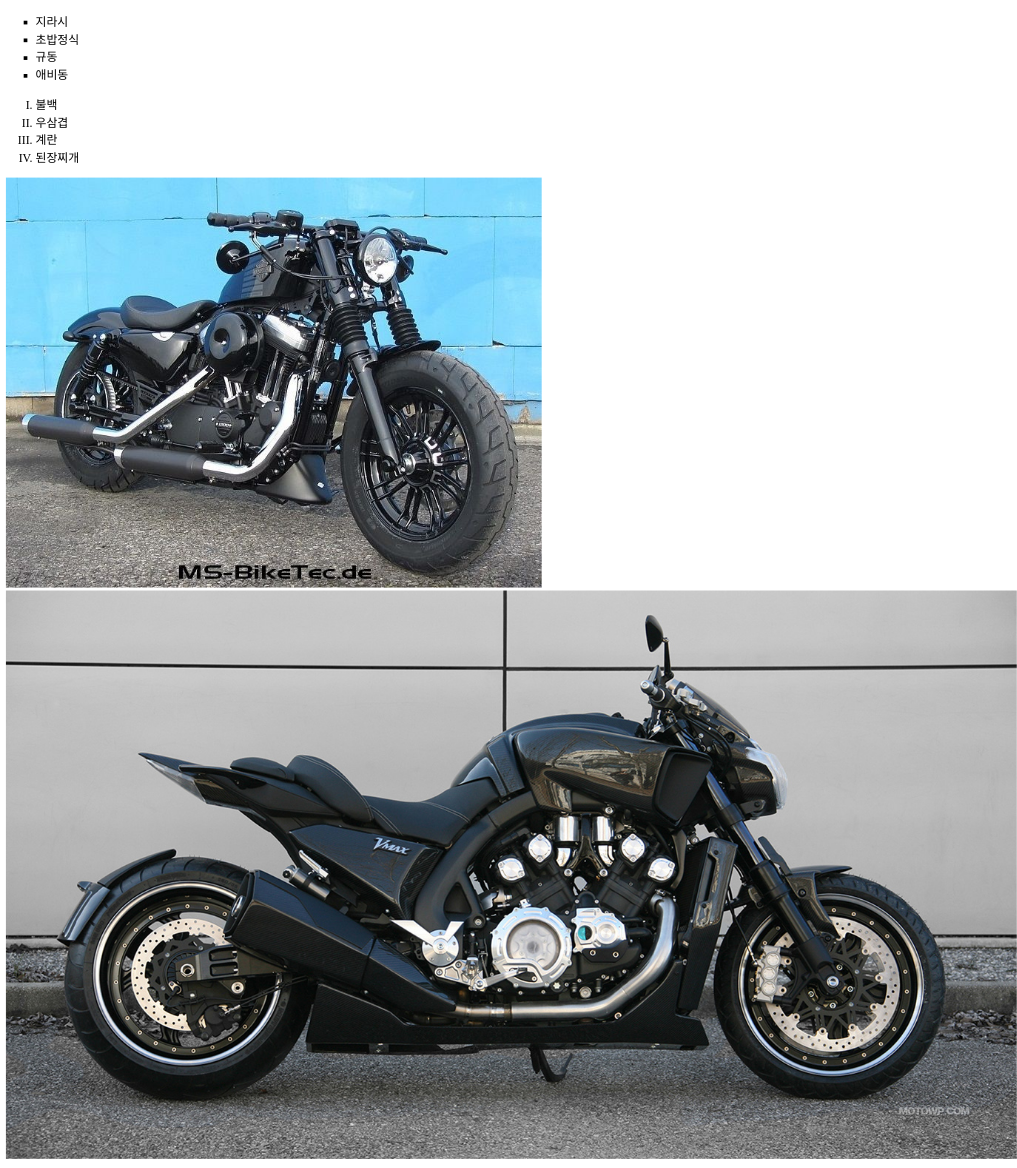
Repository: shouvoo/bitAcademy
Page: work/jsp/htmlProj/WebContent/basic/list.html
These files come from the project's save history. The page is drawn as it stood at one moment and after the next save; the edit follows.
The browser window is 1280 px wide. The page is 1374 px wide, then 1280 px, so the pictures cover 1374 px, including what lies to the right of the window. The pictures show the whole page, at 74% of full size.

Above is the page before, as saved 2017-09-25 07:42:13.

### work/jsp/htmlProj/WebContent/basic/list.html
<!DOCTYPE html>
<html>
	<head>
		<meta charset="UTF-8">
		<title>list</title>
	</head>

	<body>
		<ul type="square">
			<li>지라시</li>
			<li>초밥정식</li>
			<li>규동</li>
			<li>애비동</li>
		</ul>

		<ol type="I">
			<li>불백</li>
			<li>우삼겹</li>
			<li>계란</li>
			<li>된장찌개</li>
		</ol>

		<img alt="" src="../img/bike0.jpg">
		<img alt="" src="../img/bike1.jpg">

	</body>
</html>

After the next save:
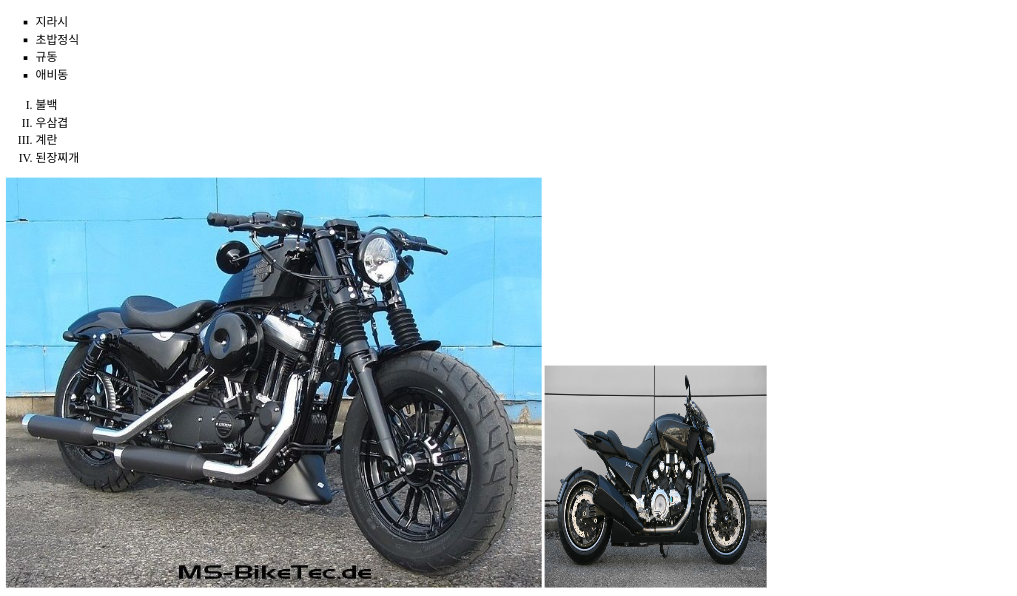
Saved 30 s later.
--- a/work/jsp/htmlProj/WebContent/basic/list.html
+++ b/work/jsp/htmlProj/WebContent/basic/list.html
@@ -21,7 +21,7 @@
 		</ol>
 
 		<img alt="" src="../img/bike0.jpg">
-		<img alt="" src="../img/bike1.jpg">
+		<img alt="" src="../img/bike1.jpg" height="300" width="300">
 
 	</body>
 </html>
